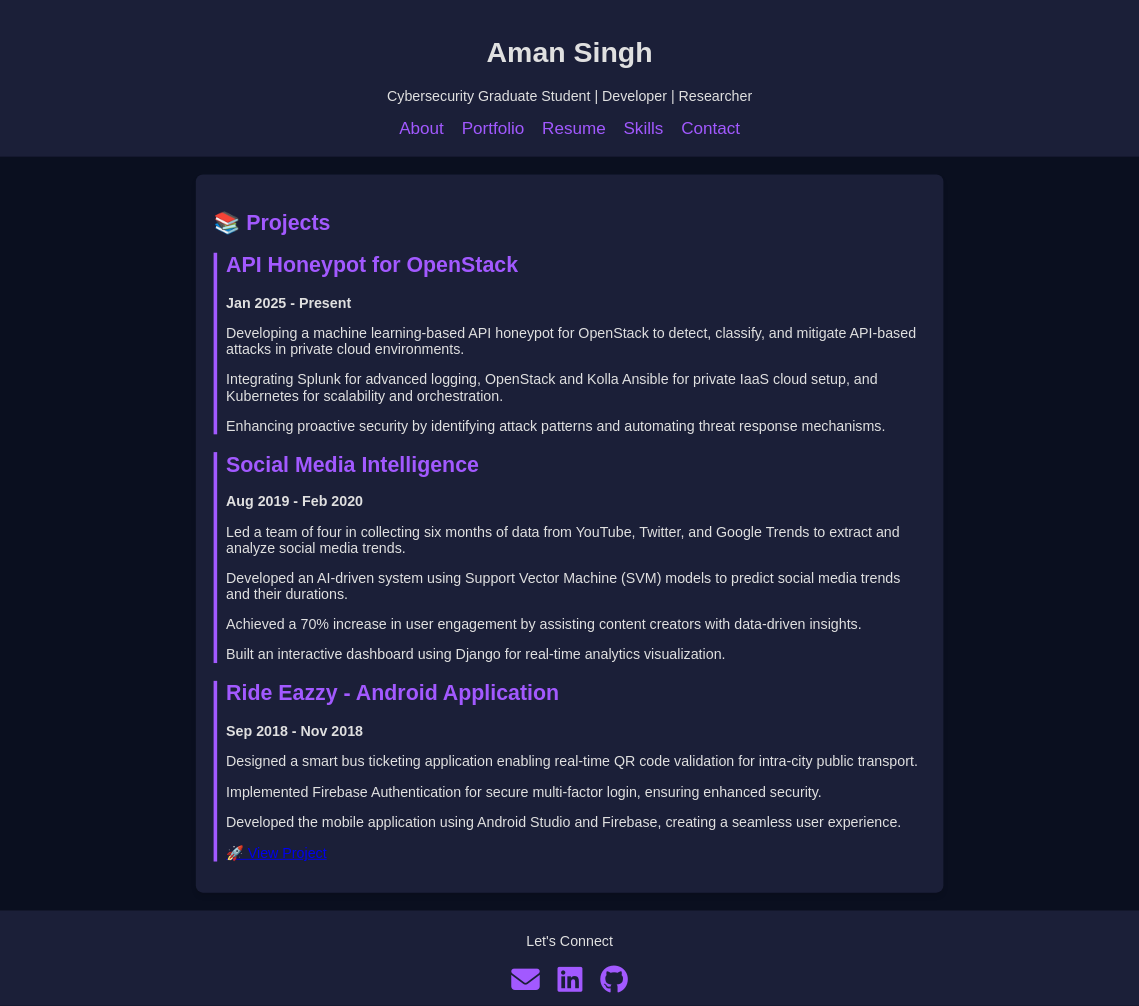
Repository: aman3singh/portfolio
Page: portfolio.html
The author's editor kept a copy of each file at every save. The page is drawn from the files as they stood at one save, then again after the next save.
The browser window is 1280 px wide. The pictures show the whole page, at 89% of full size.
Some web libraries are served in a nearby version.

Above is the page before, as saved 2025-02-12 01:07:41.

### portfolio.html
<!DOCTYPE html>
<html lang="en">
<head>
    <meta charset="UTF-8">
    <meta name="viewport" content="width=device-width, initial-scale=1.0">
    <title>Aman Singh | Portfolio</title>
    <link rel="stylesheet" href="styles.css">
    <script src="https://kit.fontawesome.com/a076d05399.js" crossorigin="anonymous"></script>
</head>
<body>
    <header>
        <h1>Aman Singh</h1>
        <p>Cybersecurity Graduate Student | Developer | Researcher</p>
        <nav>
            <a href="index.html#about">About</a>
            <a href="portfolio.html" class="active">Portfolio</a>
            <a href="resume.html">Resume</a>
            <a href="index.html#skills">Skills</a>
            <a href="index.html#contact">Contact</a>
        </nav>
    </header>

    <section class="projects">
        <h2>📚 Projects</h2>
        <div class="project">
            <h2>API Honeypot for OpenStack</h2>
            <p><strong>Jan 2025 - Present</strong></p>
            <p>Developing a machine learning-based API honeypot for OpenStack to detect, classify, and mitigate API-based attacks in private cloud environments.</p>
            <p>Integrating Splunk for advanced logging, OpenStack and Kolla Ansible for private IaaS cloud setup, and Kubernetes for scalability and orchestration.</p>
            <p>Enhancing proactive security by identifying attack patterns and automating threat response mechanisms.</p>
        </div>

        <div class="project">
            <h2>Social Media Intelligence</h2>
            <p><strong>Aug 2019 - Feb 2020</strong></p>
            <p>Led a team of four in collecting six months of data from YouTube, Twitter, and Google Trends to extract and analyze social media trends.</p>
            <p>Developed an AI-driven system using Support Vector Machine (SVM) models to predict social media trends and their durations.</p>
            <p>Achieved a 70% increase in user engagement by assisting content creators with data-driven insights.</p>
            <p>Built an interactive dashboard using Django for real-time analytics visualization.</p>
        </div>

        <div class="project">
            <h2>Ride Eazzy - Android Application</h2>
            <p><strong>Sep 2018 - Nov 2018</strong></p>
            <p>Designed a smart bus ticketing application enabling real-time QR code validation for intra-city public transport.</p>
            <p>Implemented Firebase Authentication for secure multi-factor login, ensuring enhanced security.</p>
            <p>Developed the mobile application using Android Studio and Firebase, creating a seamless user experience.</p>
            <a href="https://github.com/aman3singh/Ride_Eazzy-Android_Application" target="_blank" class="project-btn">🚀 View Project</a>
        </div>
    </section>

    <footer>
        <p class="footer-heading">Let's Connect</p>
        <div class="social-links" style="display: flex; gap: 20px; font-size: 2rem;">
            <a href="mailto:aman3singh.work@gmail.com" target="_blank">
                <i class="fa-solid fa-envelope"></i>
            </a>
            <a href="https://www.linkedin.com/in/aman-singh7/" target="_blank">
                <i class="fa-brands fa-linkedin"></i>
            </a>
            <a href="https://github.com/aman3singh" target="_blank">
                <i class="fa-brands fa-github"></i>
            </a>
        </div>
    </footer>
</body>
</html>

### styles.css
body {
    font-family: 'Arial', sans-serif;
    margin: 0;
    padding: 0;
    background-color: #0A0F1F;
    color: #E0E0E0;
}

header {
    background-color: #1B1F38;
    color: 	#E0E0E0;
    text-align: center;
    padding: 20px;
}

nav {
    display: flex;
    justify-content: center;
    gap: 20px;
}

nav a {
    color: #A259FF;
    text-decoration: none;
    font-size: 1.2em;
    transition: color 0.3s;
}

nav a:hover {
    color: #00E5FF;
}

section {
    padding: 20px;
    margin: 20px auto;
    max-width: 800px;
    background: #1B1F38;
    box-shadow: 0px 4px 6px rgba(0, 0, 0, 0.1);
    border-radius: 8px;
}

h2 {
    color: #A259FF;
}
#about {
    display: flex;
    align-items: center;
    gap: 30px;
    padding: 40px;
    background-color: #1B1F38;
    border-radius: 12px;
    box-shadow: 0px 4px 10px rgba(0, 0, 0, 0.3);
}

#about img {
    width: 100%;
    max-width: 300px;
    border-radius: 12px;
    box-shadow: 0px 4px 10px rgba(0, 0, 0, 0.3);
}

#about h2 {
    color: #A259FF;
    font-size: 2em;
}

#about p {
    color: #E0E0E0;
    font-size: 1.1em;
    line-height: 1.6;
}
#resume-container {
    display: flex;
    justify-content: center;
    align-items: center;
    min-height: 100vh;
    background-color: #0A0F1F; /* Match with your theme */
    padding-bottom: 0; /* Ensures no extra padding */
    overflow: hidden; /* Prevents extra scrolling */
}

#resume-container iframe {
    width: 80%;
    height: 100vh; /* Make it take full viewport height */
    border: none;
    background-color: transparent;
}

.project {
    border-left: 4px solid #A259FF;
    padding-left: 10px;
    margin-bottom: 15px;
}

.social-links {
    display: flex;
    justify-content: center;
    gap: 15px;
    font-size: 2rem;
}

.social-links a {
    color: #A259FF;
    transition: color 0.3s;
}

.social-links a:hover {
    color: #00E5FF;
}
.credential-button {
    color: #E0E0E0;
    text-decoration: none;
    background-color: #A259FF;
    padding: 10px 18px;
    border-radius: 8px;
    font-size: 1em;
    transition: background-color 0.3s ease-in-out;
    display: flex;
    align-items: center;
    justify-content: center;
}

.credential-button:hover {
    background-color: #00E5FF;
}

footer {
    text-align: center;
    padding: 10px;
    background-color: #1B1F38;
    color: #E0E0E0;
}

After the next save:
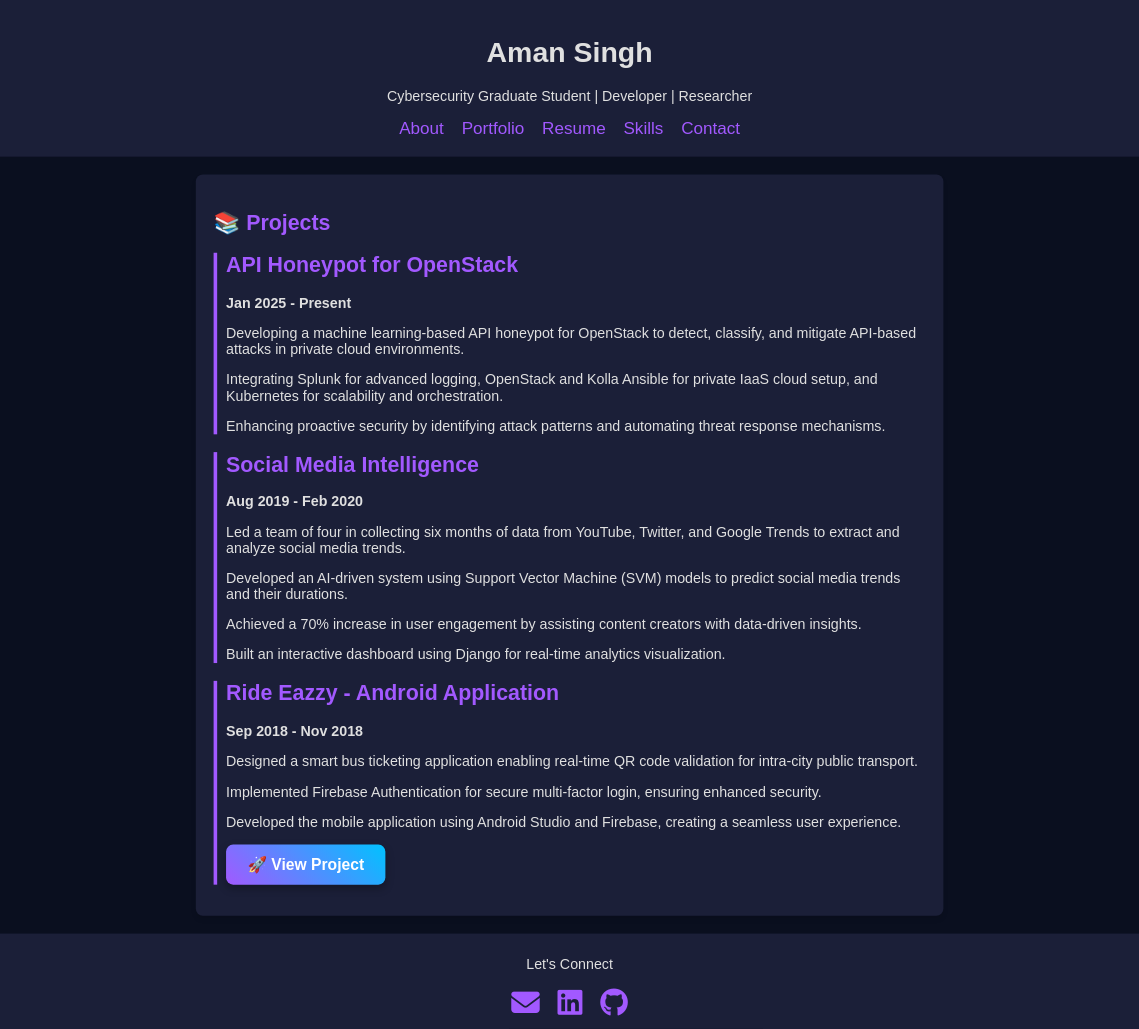
Saved 18 s later.
--- a/styles.css
+++ b/styles.css
@@ -91,6 +91,24 @@ h2 {
     padding-left: 10px;
     margin-bottom: 15px;
 }
+.project-btn {
+    display: inline-block;
+    padding: 12px 24px;
+    font-size: 1.1em;
+    font-weight: bold;
+    color: white;
+    background: linear-gradient(45deg, #A259FF, #00C2FF);
+    border-radius: 8px;
+    text-decoration: none;
+    transition: all 0.3s ease-in-out;
+    box-shadow: 0px 4px 10px rgba(0, 0, 0, 0.3);
+}
+
+.project-btn:hover {
+    transform: scale(1.05);
+    background: linear-gradient(45deg, #00C2FF, #A259FF);
+    box-shadow: 0px 6px 15px rgba(0, 0, 0, 0.4);
+}
 
 .social-links {
     display: flex;
